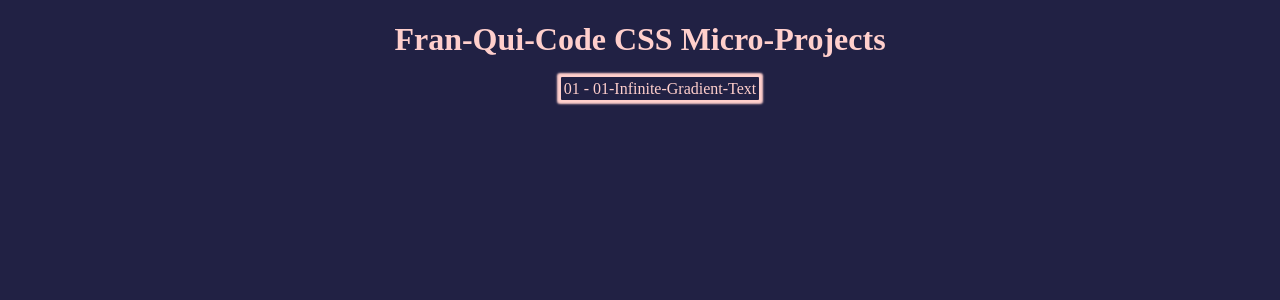
Repository: Francois-QUICODE/CSS-Micro-Projects
Page: index.html
These files come from the project's save history. The page is drawn as it stood at one moment and after the next save; the edit follows.
The browser window is 1280 px wide. The pictures show the whole page.

Above is the page before, as saved 2020-11-28 00:09:15.

After the next save:
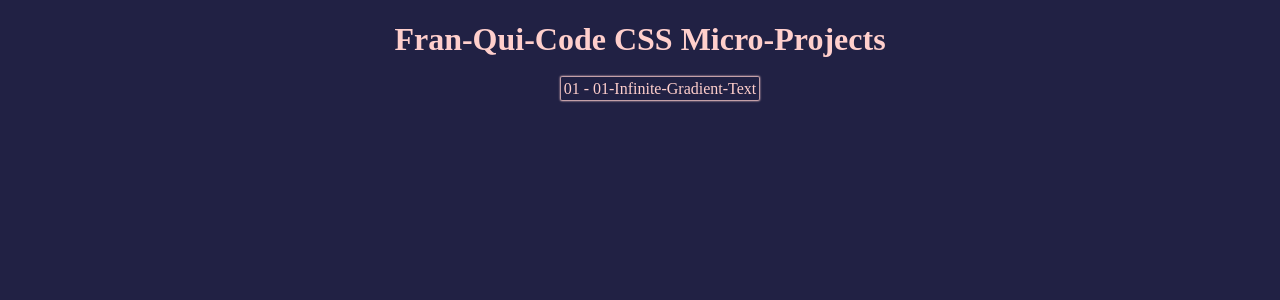
Saved 6 s later.
--- a/index.html
+++ b/index.html
@@ -31,7 +31,7 @@
         color: #ffcfcc;
         text-decoration: none;
         border-radius: 1px;
-        box-shadow: 0 0 2px 4px;
+        box-shadow: 0 0 2px 1px;
         padding: 3px;
       }
     </style>
